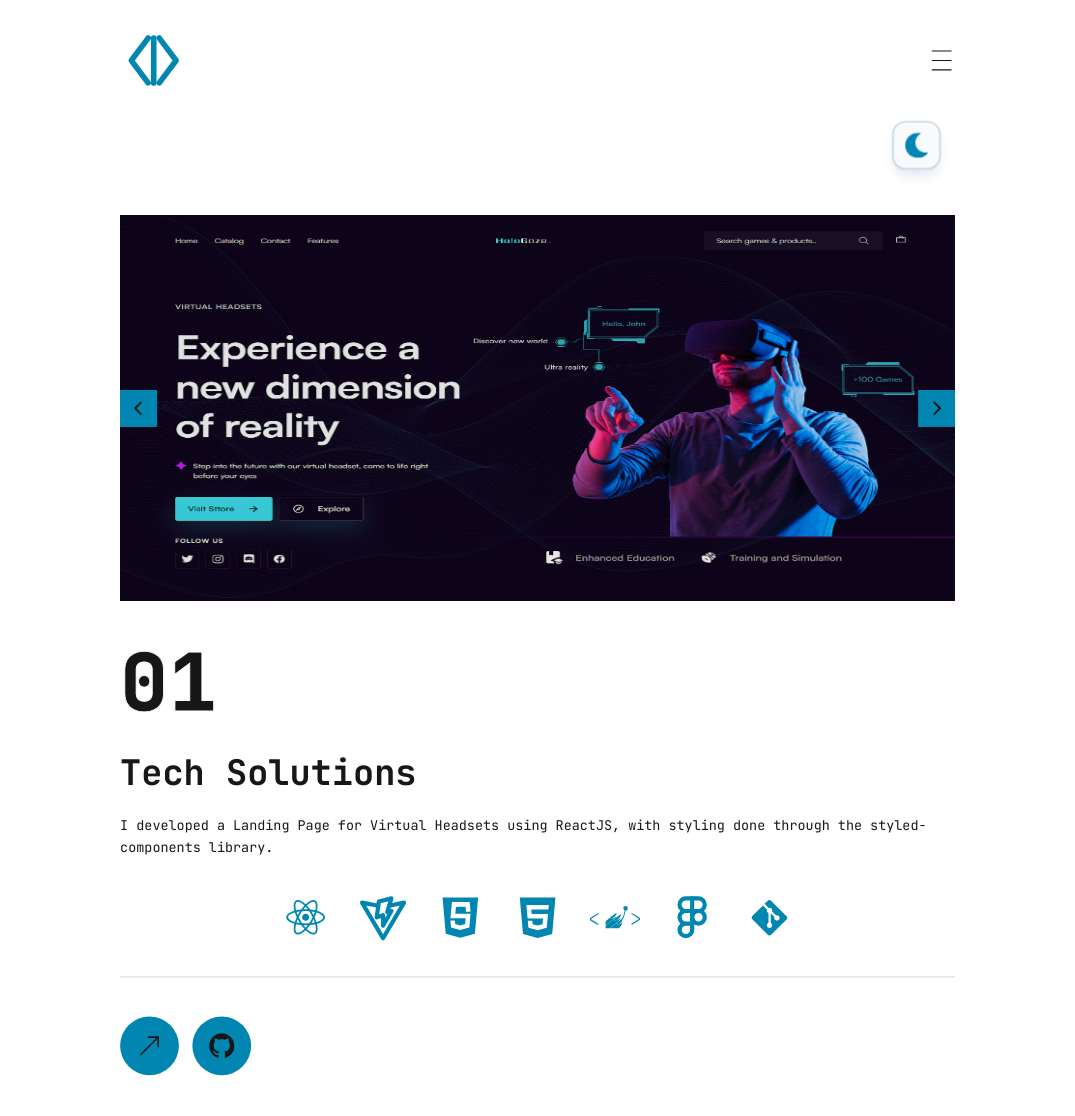
Repository: sergioscker/sergio-portfolio
Page: /work
An editor plug-in stored every save of this project. The page is shown before and after the next save, followed by the edit.
The browser window is 1280 px wide. The pictures show the whole page, at 84% of full size.
The project was rebuilt for these pictures with package versions that can differ from the ones it lists, and the page was loaded fresh each time. The framework's server and built-in components were replaced by stand-ins that run in the browser. Also part of the build but not shown: next.config.mjs.

Above is the page before, as saved 2025-04-29 15:49:28.

After the next save:
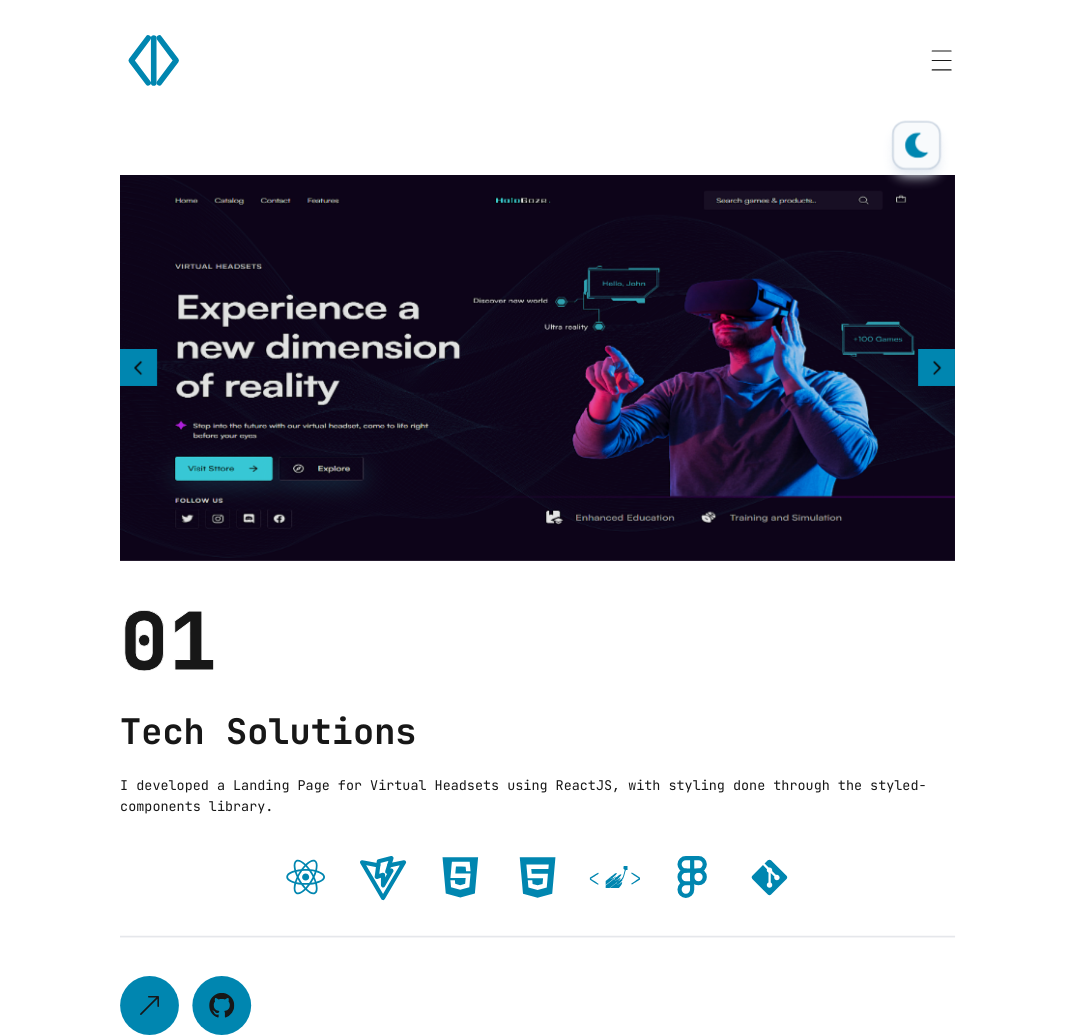
Saved 7 s later.
--- a/app/work/page.jsx
+++ b/app/work/page.jsx
@@ -263,7 +263,7 @@ const Work = () => {
         opacity: 1,
         transition: { delay: 2.4, duration: 0.4, ease: 'easeIn' },
       }}
-      className="min-h-[30vh] flex flex-col justify-center py-12 xl:p-8 "
+      className="min-h-[30vh] flex flex-col justify-center  xl:p-8 "
     >
       <div className="container mx-auto pt-18 mt-16">
         <div className="flex flex-col xl:flex-row xl:gap-[30px] ">
